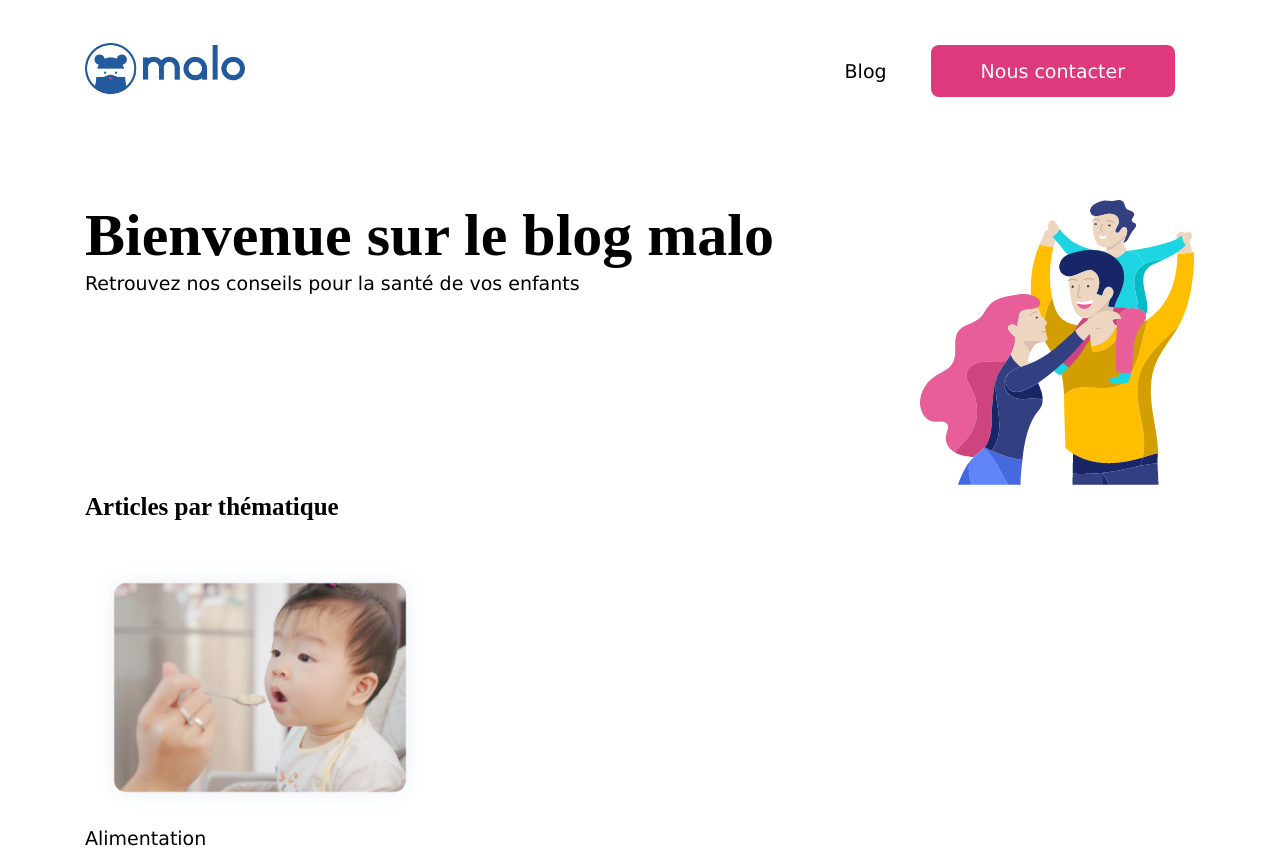
Repository: carbone-dev/keli-malo
Page: blog.html
An editor plug-in stored every save of this project. The page is shown before and after the next save, followed by the edit.
The browser window is 1280 px wide. The pictures show the whole page.

Above is the page before, as saved 2020-12-09 14:05:24.

### blog.html
<!DOCTYPE html>
<html lang="en">

<head>
    <meta charset="UTF-8">
    <meta name="viewport" content="width=device-width, initial-scale=1.0">
    <title>Document</title>
    <link rel="stylesheet" type="text/css" href="css/style.css">
    <link rel="stylesheet" type="text/css" href="css/header.css">
    <link rel="stylesheet" type="text/css" href="css/grid.css">
</head>

<body>
    <div class="container">

        <div class="header row align-items-center">
            <div class="col-6 col-md-2 ">
                <img class='img-full-width ' src="img/logo.png">
            </div>
            <div class="menu col-6 col-md-10 right d-none d-md-block ">
                <a href="#">Blog</a>
                <a href="#" class="boutton-1">Nous contacter</a>
            </div>
            <div class="menu col-6 col-md-10 right d-md-none d-sm-block">
                <a href="#nav-mobile">
                    <img src="img/burger.png" alt="">
                </a>
            </div>

            <div id="nav-mobile" class="modaloverlay">
                <div class="modal">
                    <div class="row">
                        <div class="col-6">
                            <img class='img-full-width ' src="img/logo.png">
                        </div>
                        <div class="menu col-6 right">
                            <a href="#close" class="close">
                                <img src="img/close.png" alt="">
                            </a>
                        </div>
                    </div>
                    <div class="row align-items-center center modal-content">
                        <div class="col-12">
                            <a href="#">Blog</a>
                        </div>
                        <div class="col-12">
                            <a href="#" class="boutton-1">Nous contacter</a>
                        </div>
                        <div class="col-12">
                            <a href="#"><img src="img/instagram.png"></a>
                            <a href="#"><img src="img/linkedin.png"></a>
                            <a href="#"><img src="img/facebook.png"></a>
                        </div>
                    </div>
                </div>
            </div>
        </div>

        <div class="top-section row">
            <div class="col-12 col-md-8 t-responsive">
                <h1>
                    Bienvenue sur le blog malo
                </h1>
                <p>Retrouvez nos conseils pour la santé de vos enfants</p>
            </div>
            <div class="col-12 col-md-4 right t-responsive">
                <img src="img/blog-header-image.png" alt="blog-header-image">
            </div>
        </div>

        <div class="section ">
            <h3>Articles par thématique</h3>
            <div class="row">
                <div class="col-4">
                    <div class="card">
                        <img src="img/blog-theme-1.png" alt="Avatar" style="width:100%">
                        <div class="card-content">
                            <p class="card-title">Alimentation</p>
                        </div>
                    </div>
                </div>
            </div>
        </div>



    </div>

</body>

</html>

### css/style.css
body {
  margin: 0;
}

.img-full-width {
  width: 100%;
}

.top-section{
  margin-top: 100px;
}

#container {
  margin: 2% 7%;
}

.t-responsive{
  text-align: left;
}

@media only screen and (min-width: 1367px) and (max-width: 1600px) {
  #container {
    margin: 2% 8%;
  }
}
@media only screen and (min-width: 1601px) and (max-width: 1920px) {
  #container {
    margin: 2% 20%;
  }
}
@media only screen and (min-width: 1921px) and (max-width: 9000px) {
  #container {
    margin: 2% 30%;
  }
}

/*-------UNI------*/

.box-shadow {
  padding: 20px 20px 15px 20px;
  background-color: white;
  box-shadow: 0px 0px 30px rgb(26, 90, 157, 0.1);
  margin: 20px 0;
  border-radius: 15px;
}
h1,
h2,
h3,
h5,
h6 {
  font-family: montserrat;
  font-weight: bold;
  margin: 0;
}
h1 {
  font-size: 60px;
  line-height: 70px;
}
h2 {
  font-size: 50px;
  line-height: 50px;
}
h3 {
  font-size: 25px;
  line-height: 35px;
  margin-bottom: 30px;
}
h5 {
  color: #1a5a9d;
  line-height: 20px;
  font-size: 20px;
}
h6 {
  line-height: 20px;
  font-size: 16px;
}

a,
p {
  margin: 0;
  text-decoration: none;
  font-family: verdana;
  font-size: 19px;
  color: black;
  font-weight: normal;
  line-height: 27px;
}
span {
  font-size: 13px;
}
li {
  font-family: verdana;
  font-size: 14px;
  color: black;
  line-height: 23px;
}
ul {
  padding-left: 15px;
}

.boutton-1 {
  color: white;
  background-color: #de397c;
  padding: 15px 50px;
  border-radius: 8px;
}
.boutton-contact {
  color: white;
  background-color: #de397c;
  padding: 15px 100px;
  border-color: #de397c;
  border-radius: 8px;
  outline: none;
  margin: 10px;
  font-size: 20px;
  border-style: none;
}

.img-boutton {
  margin-top: 5%;
}
.img-boutton a {
  margin-right: 20px;
}
.quote {
  width: 20px;
  height: 20px;
}
.formulaire {
  border: 2px solid;
  border-radius: 8px;
  outline: none;
  margin: 10px;
  font-size: 20px;
  padding: 15px;
}

/*-------header------*/
.menu a {
  margin: 0 20px;
}
/*-------le heros------*/
.le-heros {
  margin-top: 5%;
  background-image: url(../img/bg-le-heros.png);
  background-size: 100%;
  background-repeat: no-repeat;
  padding-bottom: 7%;
}
.img-le-heros {
  display: none;
}

/*-------malo-c-est-quoi------*/

.malo-c-est-quoi {
  margin-top: 10%;
}
.contenu-malo-c-est-quoi {
  margin: 10% 3%;
}
/*-------malo-VIDEO------*/

.expert
{
	margin-top: 15%;
}
.expert h1
{
	margin-bottom: 5%
}
#play-vid-2
	{
		position: absolute;
		right:70%;
		z-index: 0;
	}
.expert-video
{
	background-image: url(../img/bg-video-2.png);
	background-size: contain;
	background-repeat: no-repeat;
	text-align: left;
	padding: 20px 0;
}
.expert-video video
{
	width: 530px;
    border-radius:20px;
    outline-style: none;
    margin-left: 30px;
}



/*------CAROUSEL------*/
.les-parents
{
	margin-top: 10%;
}
.carousel
{
	background-image: url(../img/bg-carousel.png);
	background-size:100% 100%;
	background-repeat: no-repeat;
	padding:10px;
}
.slide
{
	padding-bottom: 50px;
	margin:2%;

}
.img-profil
{
	margin-right: 20px;
	margin-bottom: 30px;

}
.fade {
  -webkit-animation-name: fade;
  -webkit-animation-duration: 1.5s;
  animation-name: fade;
  animation-duration: 1.5s;
}

@-webkit-keyframes fade {
  from {
    opacity: 0.4;
  }
  to {
    opacity: 1;
  }
}

@keyframes fade {
  from {
    opacity: 0.4;
  }
  to {
    opacity: 1;
  }
}
/* Next & previous buttons */

.fleche
{
	text-align: right;
	position: relative;
	top: -50px;
}
.prev {
  color: gray;
}
.prev,
.next {
  cursor: pointer;
  width: auto;
  padding: 20px;
  font-weight: bold;
  font-size: 40px;
  transition: 0.6s ease;
  border-radius: 0 3px 3px 0;
  user-select: none;
}

/*-------BLOG-MALO------*/
.decouvrir-le-blog {
  justify-content: center;
  margin-top: 10%;
}
.bg-decouvrir {
  background-image: url(../img/bg-decouvrir.png);
  background-size: 100%;
  background-repeat: no-repeat;
  padding-bottom: 5%;
}

.decouvrir-left {
  width: 70%;
}
.decouvrir-left-1 {
  width: 50%;
  margin: 10px;
}
.decouvrir-left-2 {
  width: 50%;
  margin: 10px;
}
.decouvrir-right {
  width: 30%;
  text-align: right;
  margin-top: 50px;
}
.sommeil {
  width: 30%;
}
.alimentation {
  width: 60%;
}

/*-------POPUP------*/
.popup {
  margin-top: 10%;
}
.popup img {
}
.contenu-popup {
  background-color: #1a5a9d;
  border-radius: 20px;
  align-items: center;
  padding: 60px;
}
.titre-popup {
  width: 50%;
  color: white;
  margin: 0;
}

.formulaire-popup {
  width: 50%;
  color: white;
}
.mail-popup {
  border-color: white;
  background-color: rgb(0, 0, 0, 0);
  color: white;
  font-family: montserrat;
  font-weight: bold;
}
.mail-popup::placeholder {
  color: white;
}
.boutton-popup {
  border-color: white;
  background-color: white;
  padding: 15px 30px;
  font-family: montserrat;
  font-weight: bold;
  color: #de397c;
  cursor: pointer;
}

/*-------CONTACT------*/
.contactez-nous {
  margin-top: 10%;
}
.contenu-contact {
  width: 50%;
}
.contenu-contact p {
  line-height: 50px;
  margin: 20px;
}
.contenu-contact h3 {
  margin-bottom: 10px;
}
.contenu-contact a {
  margin-right: 20px;
}
.formulaire-contact {
  width: 50%;
  background-image: url(../img/bg-formulaire-contact.png);
  background-repeat: no-repeat;
  background-size: 100%;
}
.bg-contact {
  padding: 10px;
  background-color: white;
  margin: 30px;

  box-shadow: 0px 0px 30px rgb(26, 90, 157, 0.1);
  border-radius: 15px;
}
.form-2 {
  width: 200px;
  border-color: #d8d8d8;
  color: black;
}
.form-1 {
  width: 460px;
}
.contact-text {
  border-color: #d8d8d8;
  font-family: montserrat;
}
.contact-text::placeholder {
  color: black;
  border-color: #d8d8d8;
  font-family: arial;
}

/*-------il nous soutien------*/

.il-nous-soutiennent {
  margin-top: 10%;
}

.il-nous-soutiennent h1 {
  margin-left: 20%;
}

/*-------footer------*/
.footer {
  margin-top: 10%;
  background-color: #1a5a9d;
}
.logo-popup {
  padding: 40px;
  margin: 0;
}
.logo-boutton {
  width: 50%;
}
.popup-icon {
  width: 45%;
}
.news-letter h3 {
  margin-bottom: 0;
  font-weight: normal;
  color: black;
}
.suivez-footer h3 {
  margin-bottom: 10px;
  font-weight: normal;
  color: white;
}
.suivez-footer a {
  margin-right: 20px;
}
.mail-footer {
  color: #d8d8d8;
  border-color: #d8d8d8;
}
.mail-footer::placeholder {
  color: #d8d8d8;
  border-color: #d8d8d8;
}
.boutton-footer {
  color: white;
  background-color: #de397c;
  border-color: #de397c;
  padding: 15px 40px;
  cursor: pointer;
}

.menu-footer {
  background-color: #0f3c6b;
  margin: 0;
  padding: 20px;
}
.menu-footer li {
  list-style: none;
}
.menu-footer a,
.menu-footer span {
  color: white;
  margin: 30px;
}

/*-------G R I D------*/

/* .row {
  display: flex;
  align-items: center;
  flex-wrap: wrap;
}

.col-sm-10 {
  width: 100%;
}
.col-sm-9 {
  width: 90%;
}
.col-sm-8 {
  width: 80%;
}
.col-sm-7 {
  width: 70%;
}
.col-sm-65 {
  width: 65%;
}
.col-sm-6 {
  width: 60%;
}
.col-sm-55 {
  width: 55%;
}
.col-sm-5 {
  width: 50%;
}
.col-sm-45 {
  width: 45%;
}
.col-sm-4 {
  width: 40%;
}
.col-sm-35 {
  width: 35%;
}
.col-sm-3 {
  width: 30%;
}
.col-sm-2 {
  width: 20%;
}
.col-sm-1 {
  width: 10%;
}

.col-10 {
  width: 100%;
}
.col-9 {
  width: 90%;
}
.col-8 {
  width: 80%;
}
.col-7 {
  width: 70%;
}
.col-65 {
  width: 65%;
}
.col-6 {
  width: 60%;
}
.col-55 {
  width: 55%;
}
.col-5 {
  width: 50%;
}
.col-45 {
  width: 45%;
}
.col-4 {
  width: 40%;
}
.col-35 {
  width: 35%;
}
.col-3 {
  width: 30%;
}
.col-2 {
  width: 20%;
}
.col-1 {
  width: 10%;
} */

.center {
  justify-content: center;
  text-align: center;
  align-items: center;
}
.left {
  text-align: left;
  justify-content: center;
  align-items: center;
}
.right {
  text-align: right;
  justify-content: center;
  align-items: center;
}

/*-------MEDIA ------*/





	@media only screen and (min-width: 107px) and (max-width: 480px)
{
  .top-section{
    margin-top: 35px;
  }

  .t-responsive{
    text-align: center;
  }

	.col-reverse
	{
		display: flex;
		flex-wrap: wrap;
		flex-direction: column-reverse;
		align-items: center;
	}
	.box-shadow
	{
		padding:5px;
		box-shadow: 0px 0px 20px rgb(26, 90, 157,0.1);
		margin: 20px 0;
		border-radius: 5px;

	}
	#container
	{
		margin: 2% 10%;
		text-align: center;
	}
	.img-boutton img
	{
		width: 40% !important;
	}

	h1, h2, h3
	{
		font-size: 28px !important;
		line-height: 35px !important;
		margin-bottom: 1%;
	}
	h5
	{
		line-height: 19px;
		font-size: 16px;
	}
	h6
	{
		line-height: 20px;
		font-size: 16px;
	}
	a, p, span
	{
		font-size:15px !important;
		line-height: 23px !important;
		margin-bottom: 1%;
	}

	li
	{
		font-family: verdana;
		font-size:14px;
		color:black;
		line-height: 23px;
	}
	ul
	{
		padding-left:15px;
	}

/*-------LE HEROS------*/


	.le-heros-right
	{
		display: none;
	}
	.img-le-heros
	{
		display:initial !important;
	}
	.le-heros
	{
		background-image: inherit;
	}
	.le-heros img
	{
		width: 60%;
		margin-top: 5%;
	}

	/*-------malo-VIDEO------*/

	.malo-video
	{
		background-image:none;
		padding: 0;
	}
	.titre-video-1
	{
		background-image: url(../img/bg-malo-phone.png);
		background-size:100%;
		background-repeat: no-repeat;
		padding-bottom: 15%;
	}
	.titre-video-1 h3
	{
		text-align: left;
	}
	#play-vid
	{
		position: relative;
		right:-150px;
		top:-140px;
		z-index: 0;
	}
	.video-1
	{
		background-image: url(../img/bg-video-1.png);
		background-size:contain, cover;
		background-repeat: no-repeat;
		padding: 20px 0;
		text-align: center;
		margin: 0;
	}

	.video-1 video
	{
		width: 300px;
		border-radius: 10px;
	}


	/*-------malo-VIDEO------*/


#play-vid-2
	{
		position: relative;
		margin:0;
		right:-150px;
		top: -140px;
		z-index: 0;
	}
	.expert-video
	{
		background-image: url(../img/bg-video-2.png);
		text-align: center;
		padding: 10px 0;
	}
	.expert-video video
	{
		width: 300px;
	    border-radius:20px;
	    outline-style: none;
	    margin:0;
	}

			/*-------carousel------*/
	.carousel
	{
		background-image: url(../img/bg-carousel.png);
	}

	.fleche
	{
		text-align: right;
		position: relative;
		top: -50px;
	}

}

### css/header.css
.header{
    margin-top: 43px;
}

/* MODAL MOBILE */

.modaloverlay {
    background: rgba(0, 0, 0, 0.8);
    bottom: 0;
    left: 0;
    opacity: 0;
    pointer-events: none;
    position: fixed;
    right: 0;
    top: 0;
    -webkit-transition: opacity 400ms ease-in;
    -moz-transition: opacity 400ms ease-in;
    transition: opacity 400ms ease-in;
    z-index: -1;
    display: none;
  }
  .modaloverlay:target {
    display: block;
    opacity: 1;
    pointer-events: auto;
    z-index: 99999;
  }
  .modaloverlay .modal {
    background-color: white;
    height: 100%;
    position: relative;
    margin: 0 auto;
    padding-top: 43px;
    padding-left: 15px;
    overflow-y: scroll;
    -webkit-overflow-scrolling: touch;
  }
  @media (min-width: 60em) {
    .modaloverlay .modal {
      height: 75%;
      margin: 5% auto;
      max-height: 57em;
      max-width: 66em;
      width: 85%;
    }
  }
  .modaloverlay .modal > iframe,
  .modaloverlay .modal > div {
    border: none;
    width: 100%;
    /* height: 100%; */
  }
  .modaloverlay .close {
    position: relative;
    top: 10px;
  }

  .modal-content{
    height: 60%;
    padding-top: 160px;
  }

### css/blog.css
.card {
  box-shadow: 0 4px 8px 0 rgba(0, 0, 0, 0.2);
  transition: 0.3s;
  width: 40%;
}

.card:hover {
  box-shadow: 0 8px 16px 0 rgba(0, 0, 0, 0.2);
}

.card-content {
  padding: 2px 16px;
}

.card-title {
  font-family: montserrat;
  font-size: 18px;
  font-weight: 900;
  text-align: center;
}

Loaded but not shown: css/grid.css (1420 lines, source omitted)

After the next save:
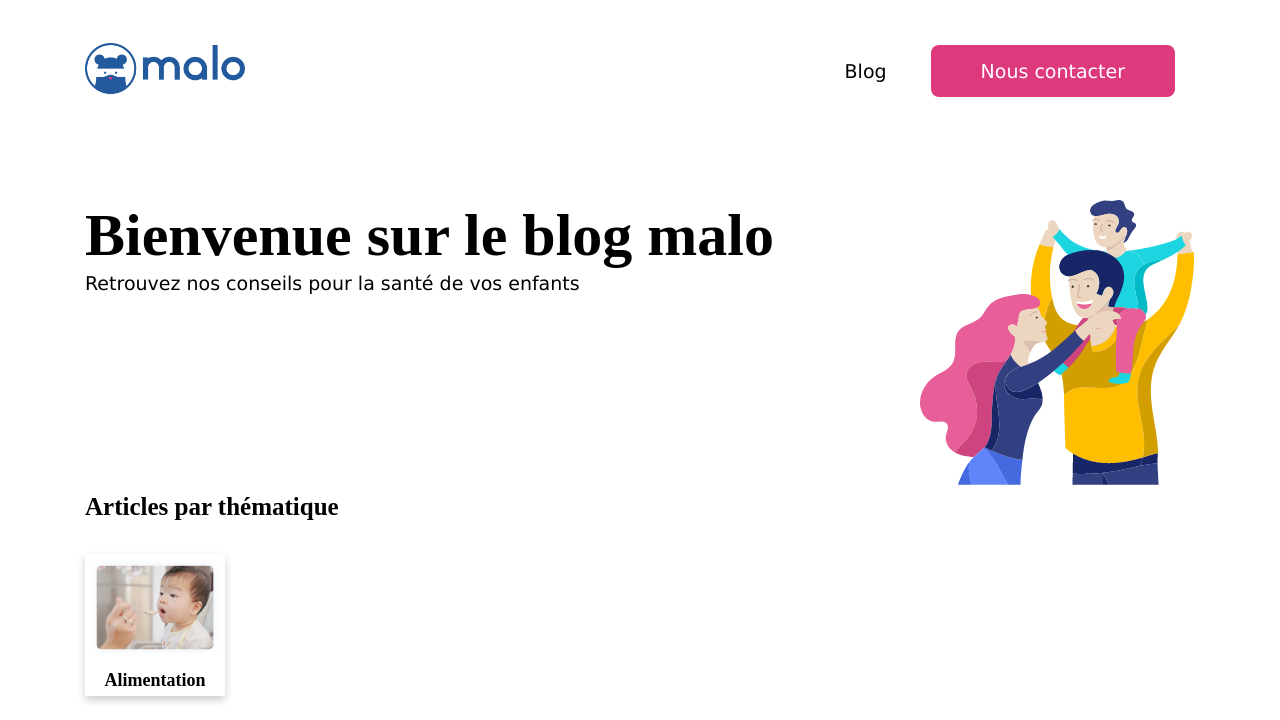
Saved 20 s later.
--- a/blog.html
+++ b/blog.html
@@ -8,6 +8,7 @@
     <link rel="stylesheet" type="text/css" href="css/style.css">
     <link rel="stylesheet" type="text/css" href="css/header.css">
     <link rel="stylesheet" type="text/css" href="css/grid.css">
+    <link rel="stylesheet" type="text/css" href="css/blog.css">
 </head>
 
 <body>
